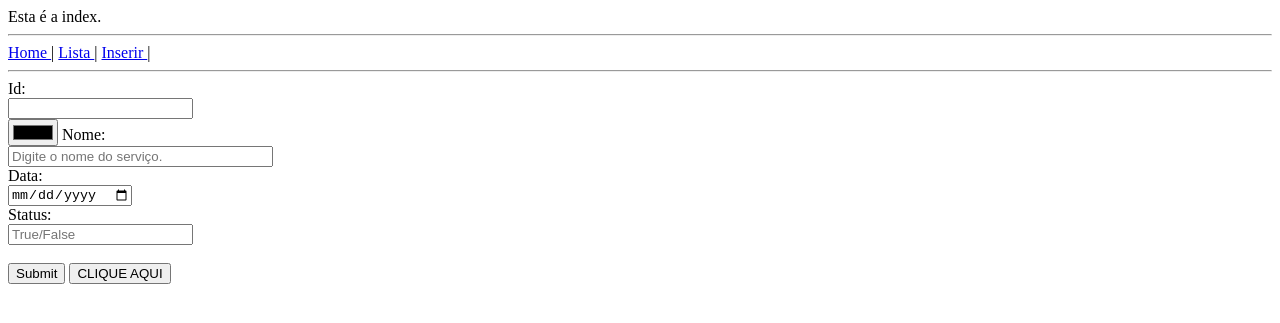
Repository: vivian-nakano/Projetos-Spring
Page: webmvc/src/main/resources/index.html
These files come from the project's save history. The page is drawn as it stood at one moment and after the next save; the edit follows.
The browser window is 1280 px wide. The pictures show the whole page.
Some web libraries are served in a nearby version.

Above is the page before, as saved 2020-11-05 12:37:24.

After the next save:
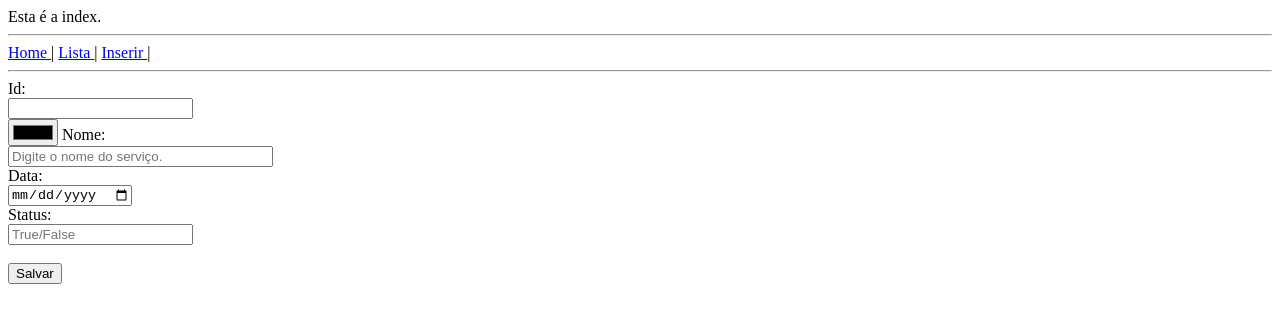
Saved 4 min 11 s later.
--- a/webmvc/src/main/resources/index.html
+++ b/webmvc/src/main/resources/index.html
@@ -25,8 +25,8 @@
 	Data: <br><input type="date" name="" required> <br>
 	Status: <br><input type="text" name="" placeholder="True/False"> <br>
 	<br>
-	<input type="submit">
-	<button> CLIQUE AQUI </button>
+	<!--<input type="submit"> -->
+	<button> Salvar </button>
 
 	</form>
 
